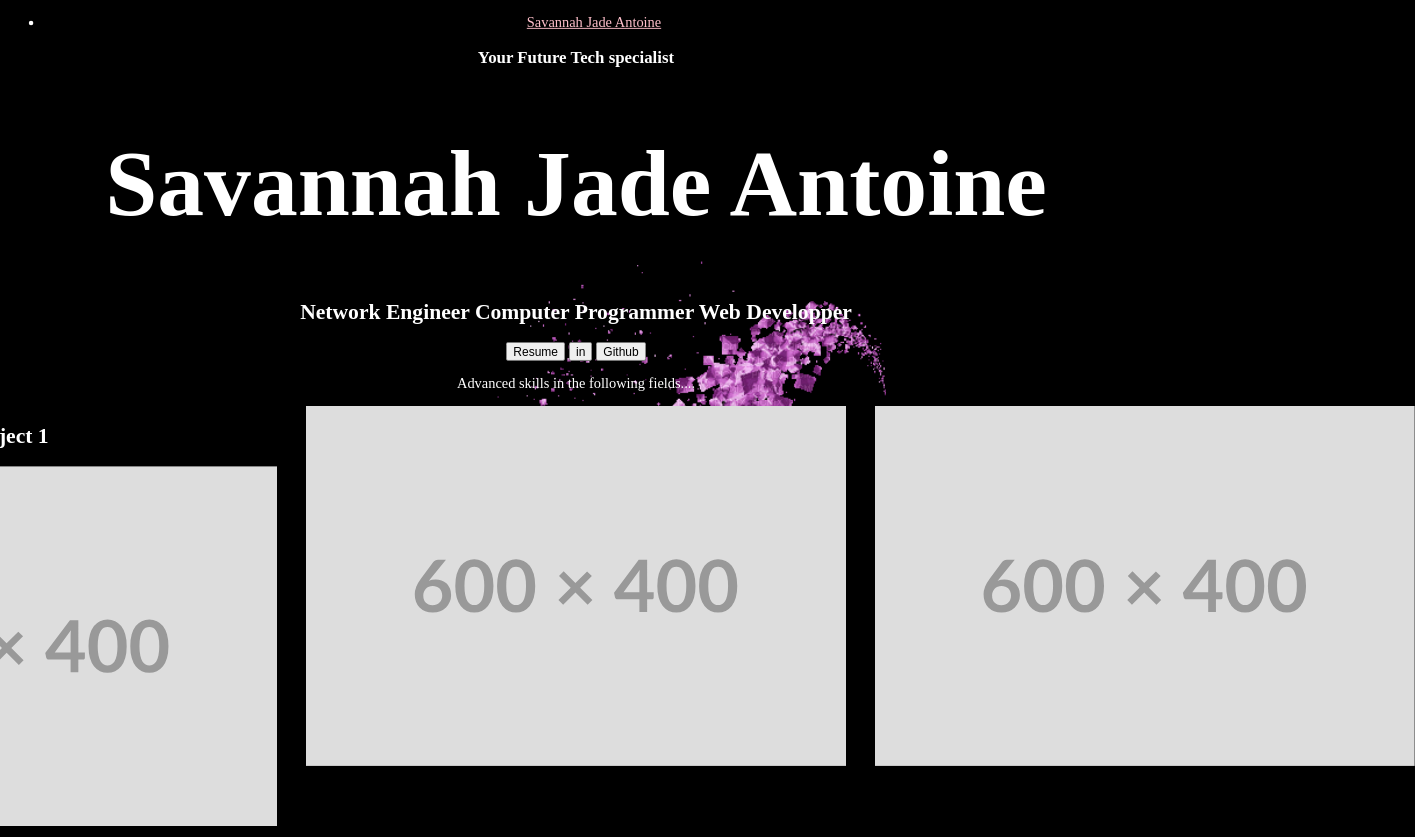
Repository: Savannah-Antoine/Savannah-Antoine
Page: index.html
The author's editor kept a copy of each file at every save. The page is drawn from the files as they stood at one save, then again after the next save.
The browser window is 1280 px wide. The page is 1572 px wide, so the pictures cover 1572 px, including what lies to the right of the window. The pictures show the whole page, at 90% of full size.

Above is the page before, as saved 2026-04-22 22:56:48.

After the next save:
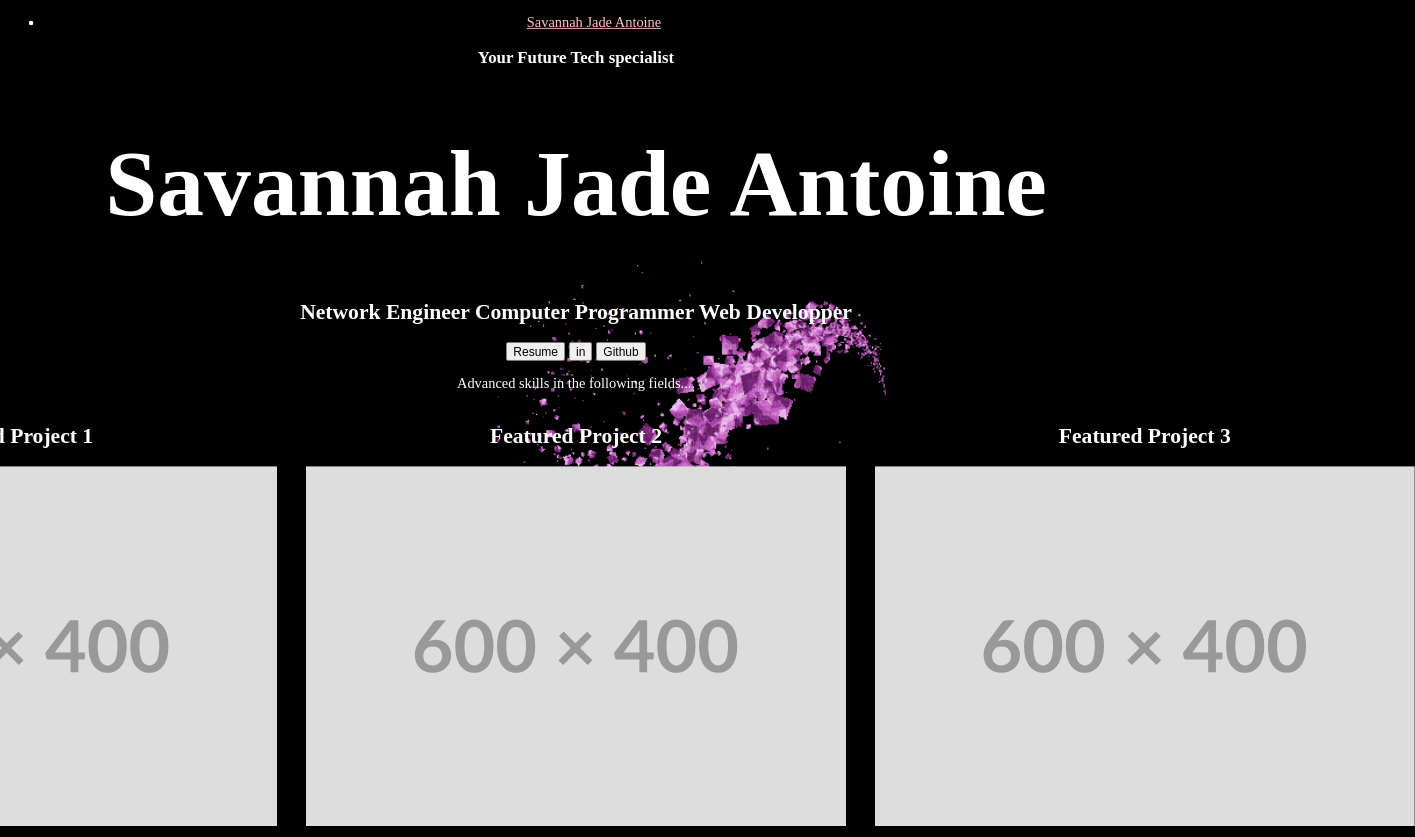
Saved 77 s later.
--- a/index.html
+++ b/index.html
@@ -25,15 +25,17 @@
 <main class = "container">
 
 <section >
-<h2>Project 1</h2>
+<h2>Featured Project 1</h2>
 <img src = "./assets/images/placeholder1.svg" alt = "First Portfolio placeholder image" />
 
 </section>
 
 <section>
+<h2>Featured Project 2</h2>
 <img src = "./assets/images/placeholder1.svg" alt = "Second Portfolio placeholder image" />
 </section>
 <section>
+<h2>Featured Project 3</h2>
 <img src = "./assets/images/placeholder1.svg" alt = "Third Portfolio placeholder image" />
 </section>
 
